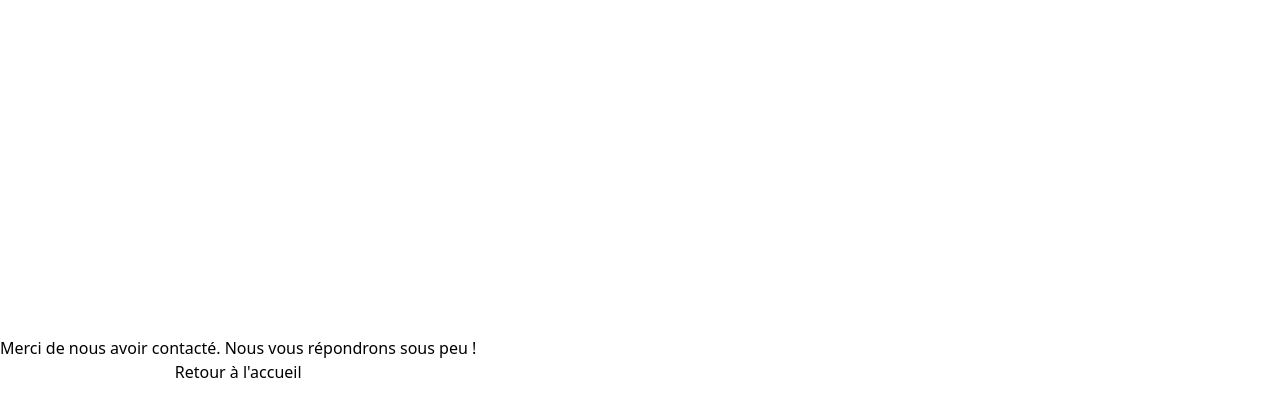
Repository: CarmenFerlatte/TP3__FerlatteCarmen
Page: confirmation.html
These files come from the project's save history. The page is drawn as it stood at one moment and after the next save; the edit follows.
The browser window is 1280 px wide. The pictures show the whole page.
Some web libraries are served in a nearby version. The style sheet was rebuilt from its Sass, Less or Tailwind sources for each picture, by a compiler version that may differ from the author's.

Above is the page before, as saved 2024-08-29 12:33:59.

After the next save:
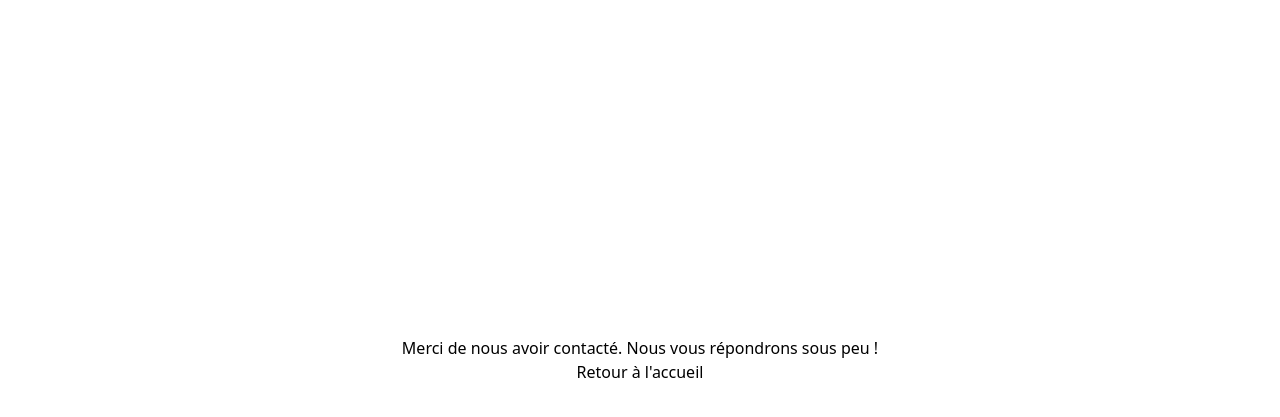
Saved 4 s later.
--- a/confirmation.html
+++ b/confirmation.html
@@ -20,7 +20,7 @@
 </head>
 <body>
     <main>
-        <section class="flex max-w-screen-2x h-screen items-center justify-center>
+        <section class="flex max-w-screen-2x h-screen items-center justify-center">
             <div class="container">
                 <div class="col-12 text-center">
                     <h1>Merci de nous avoir contacté. Nous vous répondrons sous peu !</h1>
